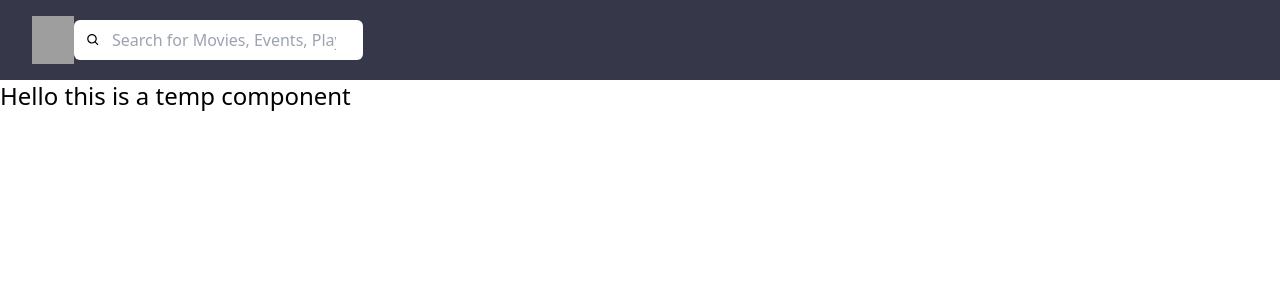
Repository: srush-shah/book-my-show-clone
Page: /
These files come from the project's save history. The page is drawn as it stood at one moment and after a run of saves; the edit follows.
The browser window is 1280 px wide. The pictures show the whole page.
Pictures or frames that could not be fetched are drawn as grey boxes. The project was rebuilt for these pictures with package versions that can differ from the ones it lists, and the page was loaded fresh each time.

Above is the page before, as saved 2022-11-23 02:19:01.

### src/App.jsx
import DefaultHOC from "./HOC/Default.HOC";
import Temp from "./components/temp";

function App() {
  return (
    <>
      <DefaultHOC path="/" exact element={<Temp />} />
    </>
  );
}

export default App;

### src/HOC/Default.HOC.jsx
import React from "react";
import { Route, Routes } from "react-router-dom";
import DefaultLayout from "../layouts/Default.layout";

const DefaultHOC = ({ element: Element, ...rest }) => {
  return (
    <>
      <Routes>
        <Route {...rest} exact element={<DefaultLayout element={Element} />} />
      </Routes>
    </>
  );
};

export default DefaultHOC;

### src/components/temp.jsx
import React from "react";

function Temp() {
  return (
    <>
      <h1 className="text-2xl">Hello this is a temp component</h1>
    </>
  );
}

export default Temp;

### src/layouts/Default.layout.jsx
import React from "react";

//Components
import Navbar from "../components/Navbar/navbar.component";

const DefaultLayout = ({ element: Element, ...props }) => {
  return (
    <>
      <Navbar />
      {Element}
    </>
  );
};

export default DefaultLayout;

### src/components/Navbar/navbar.component.jsx
import React from "react";
import { BiChevronRight, BiSearch } from "react-icons/bi";

const NavSm = () => {
  return (
    <>
      <div className="text-white flex items-center justify-between">
        <div>
          <h3 className="text-xl font-bold">It All Starts Here!</h3>
          <span className="text-gray-400 text-xs flex items-center">
            Ahmedabad <BiChevronRight />
          </span>
        </div>
        <div className="w-8 h-8">
          <BiSearch className="w-full h-full" />
        </div>
      </div>
    </>
  );
};
const NavMd = () => {
  return (
    <div className="w-full flex items-center gap-3 bg-white py-2 px-3 rounded-md">
      <BiSearch />
      <input
        type="search"
        className="w-full bg-transparent border-none focus:outline-none"
        placeholder="Search for Movies, Events, Plays, Sports and Activities"
      />
    </div>
  );
};
const NavLg = () => {
  return (
    <>
      <div className="container mx-auto px-4 flex items-center">
        <div className="flex items-center">
          <div className="w-12 h-12">
            <img
              src="https://i.ibb.co/zPBYW3H/imgbin-bookmyshow-office-android-ticket-png.png"
              alt="logo"
              className="w-full h-full"
            />
          </div>
          <div className="w-full flex items-center gap-3 bg-white py-2 px-3 rounded-md">
            <BiSearch />
            <input
              type="search"
              className="w-full bg-transparent border-none focus:outline-none"
              placeholder="Search for Movies, Events, Plays, Sports and Activities"
            />
          </div>
        </div>
        <div></div>
      </div>
    </>
  );
};

const Navbar = () => {
  return (
    <>
      <nav className="bg-bms-700 p-4">
        <div className="md:hidden">
          <NavSm />
        </div>
        <div className="hidden md:flex lg:hidden">
          <NavMd />
        </div>
        <div className="hidden lg:flex">
          <NavLg />
        </div>
      </nav>
    </>
  );
};

export default Navbar;

### tailwind.config.js
/** @type {import('tailwindcss').Config} */
module.exports = {
  content: ["./src/**/*.{html,js,jsx}"],
  theme: {
    extend: {
      colors: {
        bms: {
          50: "#edf1fc",
          100: "#d3d4e1",
          200: "#b6b8c9",
          300: "#989bb2",
          400: "#7c7f9b",
          500: "#636582",
          600: "#4c4f66",
          700: "#363849",
          800: "#21222e",
          900: "#0a0a16",
        },
      },
    },
  },
  plugins: [],
};

Loaded but not shown: public/index.html (common file); src/index.jsx (common file); src/index.css (common file)

After the next 2 saves:
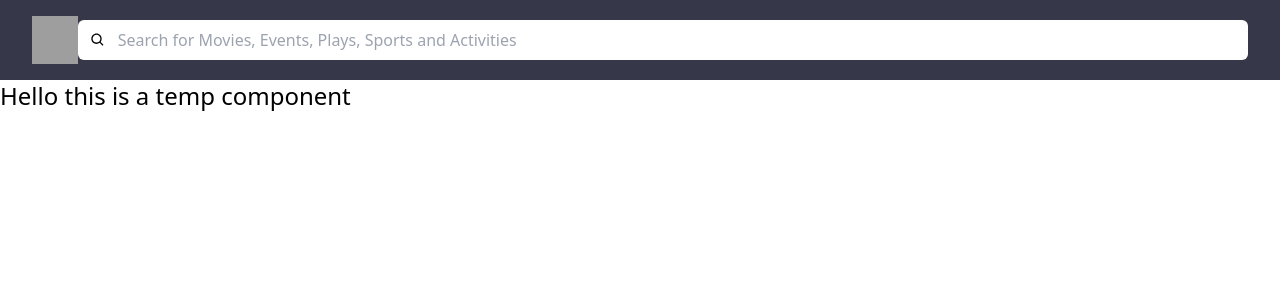
The 2 saves are shown as one change because they came seconds apart.
The last was saved 22 s later.
--- a/src/components/Navbar/navbar.component.jsx
+++ b/src/components/Navbar/navbar.component.jsx
@@ -34,7 +34,7 @@ const NavLg = () => {
   return (
     <>
       <div className="container mx-auto px-4 flex items-center">
-        <div className="flex items-center">
+        <div className="flex items-center w-full">
           <div className="w-12 h-12">
             <img
               src="https://i.ibb.co/zPBYW3H/imgbin-bookmyshow-office-android-ticket-png.png"
